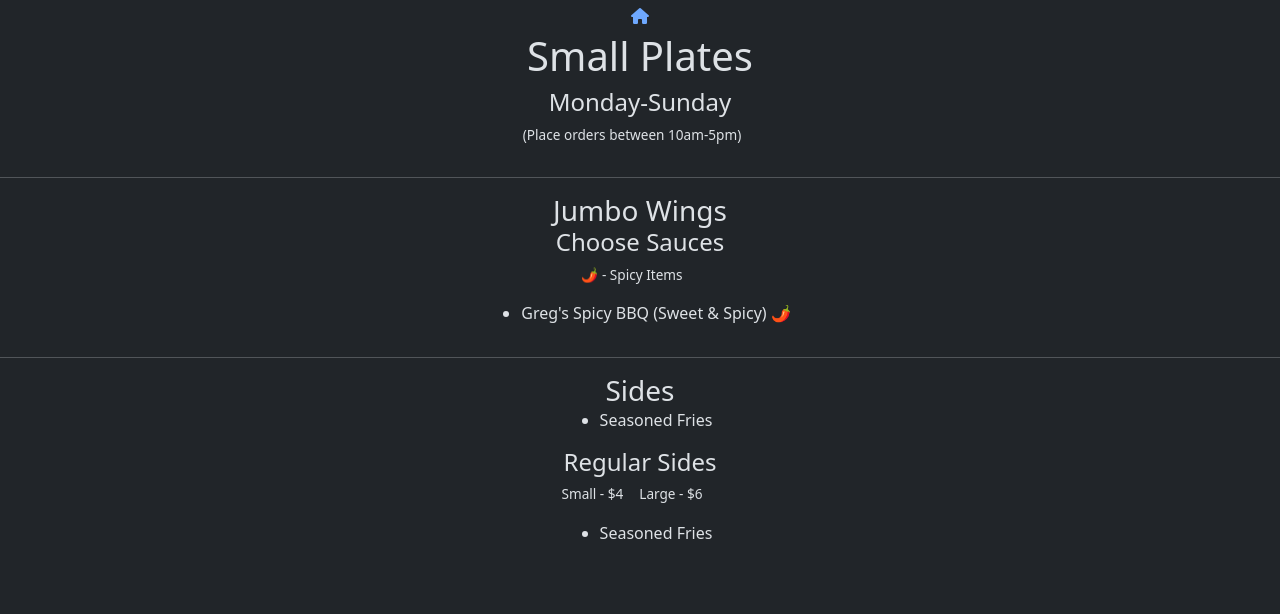
Repository: dukedward/smokehousemenu
Page: plates/index.html
An editor plug-in stored every save of this project. The page is shown before and after the next save, followed by the edit.
The browser window is 1280 px wide. The pictures show the whole page.
Some web libraries are served in a nearby version.

Above is the page before, as saved 2023-03-06 13:16:21.

### plates/index.html
<!DOCTYPE html>
<html lang="en" data-bs-theme="dark">
<head>
    <meta charset="UTF-8">
    <meta http-equiv="X-UA-Compatible" content="IE=edge">
    <meta name="viewport" content="width=device-width, initial-scale=1.0">
    <link rel="stylesheet" href="https://cdnjs.cloudflare.com/ajax/libs/font-awesome/6.3.0/css/all.min.css" integrity="sha512-SzlrxWUlpfuzQ+pcUCosxcglQRNAq/DZjVsC0lE40xsADsfeQoEypE+enwcOiGjk/bSuGGKHEyjSoQ1zVisanQ==" crossorigin="anonymous" referrerpolicy="no-referrer" />
    <link href="https://cdn.jsdelivr.net/npm/bootstrap@5.3.0-alpha1/dist/css/bootstrap.min.css" rel="stylesheet" integrity="sha384-GLhlTQ8iRABdZLl6O3oVMWSktQOp6b7In1Zl3/Jr59b6EGGoI1aFkw7cmDA6j6gD" crossorigin="anonymous">
    <link rel="stylesheet" href="../style.css" />
    <link rel="shortcut icon" href="../images/favicon.ico" type="image/x-icon">
    <title>Small Plates</title>
</head>
<body>
    <div class="title">
        <a href="/">
            <i class="fa-solid fa-house mt-2 mb-2"></i>
        </a>
        <h1>Small Plates</h1>
        <h4>Monday-Sunday</h4>
        <p>(Place orders between 10am-5pm)</p>
    </div>
    <!-- <hr>
    <div class="sections">
        <div class="sect">
            <h3>Jumbo Wings</h3>
            <div class="desc">
                <p>Includes a choice of ranch or blue cheese</p>
            </div>
            <div class="sub-sect">
                <h4>Choose Amount:</h4>
                <ul>
                    <li>5pc - $7.50</li>
                    <li>10pc - $13</li>
                    <li>20pc - $22</li>
                    <li>30pc - $31</li>
                </ul>
            </div>
            <div class="sub-sect">
                <h4>Choose Style:</h4>
                <ul>
                    <li>Traditional Fried</li>
                    <li>Smoke Fried</li>
                    <li>Signature Wild Wings</li>
                </ul>
            </div>
            <div class="sub-sect">
                <h4>Choose Sauces:</h4>
                <div class="desc">
                    <p>🌶️ - Spicy items</p>
                </div>
                <ul>
                    <li>Greg's Sweet BBQ</li>
                    <li>Sweet Teriyaki</li>
                    <li>Garlic Parmesan</li>
                    <li>Honey Mustard</li>
                    <li>Lemon Pepper</li>
                    <li>Carolina Gold 🌶️</li>
                    <li>Buffalo Sauce 🌶️</li>
                    <li>Hot Garlic 🌶️</li>
                    <li>Hot Honey Garlic 🌶️</li>
                    <li>Greg's Spicy BBQ (Sweet & Spicy) 🌶️</li>
                    <li>Honey Sriracha 🌶️</li>
                    <li>Spicy Honey Mustard 🌶️</li>
                    <li>Sweet Thai Chili 🌶️</li>
                </ul>
            </div>
        </div>
        <hr>
        <div class="sect">
            <h3>Smoked Pork Ribs</h3>
            <ul>
                <li>(2) Bone - $7</li>
                <li>Half Rack - $17.50</li>
                <li>Full Rack - $33</li>
            </ul>
            <h3>Smoked Beef Ribs</h3>
            <ul>
                <li>(1) Bone - $15</li>
                <li>(2) Bones - $25</li>
            </ul>
        </div>
        <hr>
        <div class="sect">
            <h3>Regular Sides</h3>
            <div class="desc">
                <p>Small - $4</p>
                <p>Large - $6</p>
            </div>
            <ul>
                <li>Seasoned Fries</li>
                <li>Tater Tots</li>
            </ul>
            <h3>Specialty Sides</h3>
            <div class="desc">
                <p>Cup - $7</p>
                <p>Pint - $12</p>
                <p>Quart - $21</p>
            </div>
            <ul>
                <li>White chedder Mac-n-Cheese</li>
                <li>Mommas Baked Beans (made w/ beef)</li>
                <li>Southern Green Beans (made w/ Turkey)</li>
            </ul>
            <h3>Garlic Toast</h3>
            <ul>
                <li>Small Basket (3) - $4</li>
                <li>Large Basket (6) - $6</li>
            </ul>
        </div>
        <hr>
        <div class="sect">
            <h3>Plates</h3>
            <div class="desc">
                <p>Includes 1 side & garlic toast</p>
                <p>$3 extra for specialty sides</p>
            </div>
            <ul>
                <li>Fried Shrimp Plate - $16</li>
                <li>Fried Catfish Plate - $16</li>
                <li>Small Wing Plate (5) - $10</li>
                <li>Large Wing Plate (10) - $16</li>
                <li>Chicken Finger Plate (4) - $12</li>
                <li>BBQ Chicken Plate (Leg & Thigh) - $11</li>
                <li>Fried Chicken Plate (Leg & Thigh) - $12</li>
                <li>Pulled Pork (1/2 lb) - $13</li>
                <li>Pork Rib Plate (4) - $15</li>
                <li>Beef Short Rib Plate (1/2 lb) - $20</li>
                <li>Smoked Sausage (1 lb Sliced) - $12</li>
            </ul>
        </div>
        <hr>
        <div class="sect">
            <h3>Sandwiches</h3>
            <div class="desc">
                <p>Includes one side</p>
            </div>
            <ul>
                <li>Chicken Sandwich - $13</li>
                <li>Short Rib Sandwich - $18</li>
                <li>Sausage & Peppers Pork - $15</li>
                <li>Cheese Burger - $11</li>
            </ul>
            <h3>Sliders</h3>
            <div class="desc">
                <p>Includes one side and sauce of choice</p>
            </div>
            <ul>
                <li>Chicken Sliders - $12</li>
                <li>Pulled Pork Sliders - $14</li>
                <li>Beef Short Rib Sliders - $16</li>
                <li>Mix-n-Match Sliders - $15</li>
            </ul>
        </div>
        <hr>
        <div class="sect">
            <h3>Add Ons</h3>
            <ul>
                <li>Side Shrimp (1/4 lb) - $7</li>
                <li>Catfish (1) - $7</li>
                <li>Chicken Finger (1) - $3</li>
                <li>Pork Sausage (1) - $7</li>
            </ul>
        </div>
    </div> -->
    <div class="bottom"></div>
    <script src="https://cdn.jsdelivr.net/npm/bootstrap@5.3.0-alpha1/dist/js/bootstrap.bundle.min.js" integrity="sha384-w76AqPfDkMBDXo30jS1Sgez6pr3x5MlQ1ZAGC+nuZB+EYdgRZgiwxhTBTkF7CXvN" crossorigin="anonymous"></script>
    <script src="../script.js"></script>
</body>
</html>

### style.css
.container {
    height: 100vh;
}

.title {
	display: flex;
	flex-direction: column;
	justify-content: center;
	align-items: center;
}

.sections {
	display: grid;
}

.sect, .sub-sect {
	display: flex;
	flex-direction: column;
	justify-content: left;
	align-items: center;
}

.sect h2,h3 {
    margin-bottom: 0;
}

.desc {
    display: flex;
    flex-direction: row;
    justify-content: space-between;
}

.desc p,.title p {
    padding-right: 1rem;
    font-size: .85rem;
}

### script.js
// Collecting DOM Elements
const bottom = document.querySelector('.bottom');
const sections = document.querySelector('.sections');

// API Data
const categories = [
    {
        name: 'Jumbo Wings',
        hasSubSection: true,
        description: [
            {
                text: 'Includes a choice of ranch or blue cheese',
            },
        ],
    },{
        name: 'Sides',
        hasSubSection: true,
        description: [],
    },
];
const products = [
    {
        name: 'Greg\'s Spicy BBQ (Sweet & Spicy) 🌶️',
        image: '',
        price: 0,
        category: {
            _id: '640533ab345c72c36a197c35',
            name: 'Jumbo Wings'
        },
    }, {
        name: 'Seasoned Fries',
        image: '',
        price: 0,
        category: {
            _id: '87689736897163987',
            name: 'Sides'
        }
    }
];
const subCategories = [
    {
        name: 'Choose Sauces',
        description: [
            {
                text: '🌶️ - Spicy Items',
            },
        ],
        category: {
            _id: '640533ab345c72c36a197c35',
            name: 'Jumbo Wings'
        },
    }, {
        name: 'Regular Sides',
        description: [
            {
                text: 'Small - $4'
            },
            {
                text: 'Large - $6'
            }
        ],
        category: {
            _id: '87689736897163987',
            name: 'Sides'
        }
    }
];

document.body.onload = addSection;

function addSection() {
    let catName, subCatName, prodName = ''
    for(i=0; i < categories.length; i++) {
            catName = categories[i].name;
            // create a new div element
            const lineBreak = document.createElement("hr");
            const newDiv = document.createElement("div");
            newDiv.className = "sect";

            // and give it some content
            // Section Title
            const newSectTitle = document.createElement("h3");
            newSectTitle.innerHTML = catName;

            // Section Description
            let newDesc = ''
            if (categories[i].description.length > 0) {
                console.log(categories[i].description.length);
                const newDesc = document.createElement("div");
                newDesc.className = "desc";
                for(e=0; e < categories[i].description.length; e++ ) {
                    const newDescText = document.createElement("p");
                    newDescText.innerHTML = categories[i].description[i].text;
                    // console.log(categories[i].description[i].text);
                    newDesc.appendChild(newDescText);
                }
            }

            if(categories[i].hasSubSection === true) {
                for (s=0; s < subCategories.length; s++) {
                    subCatName = subCategories[s].category.name
                    if (catName === subCatName) {
                        // Sub Section
                        const newSubSect = document.createElement("div");
                        newSubSect.className = "sub-sect";

                        // Sub Section Title
                        const newSubSectTitle = document.createElement("h4");
                        newSubSectTitle.innerHTML = subCategories[s].name;

                        // Sub Section Description
                        const newSubSectDesc = document.createElement('div');
                        newSubSectDesc.className = "desc";
                        for (d=0; d < subCategories[s].description.length; d++) {
                            const newSubSectDescText = document.createElement("p");
                            newSubSectDescText.innerHTML = subCategories[s].description[d].text;
                            newSubSectDesc.appendChild(newSubSectDescText);

                            // Sub Section List
                            const newSubSectList = document.createElement('ul');
                            for (p=0; p < products.length; p++) {
                                prodName = products[p].category.name
                                if (catName === prodName) {
                                    const newSubSectListItem = document.createElement('li');
                                    newSubSectListItem.innerHTML = products[p].name
                                    newSubSectList.appendChild(newSubSectListItem)
                                }

                            }
                            // Appending all elements to Sub Section
                            newSubSect.appendChild(newSubSectTitle)
                            newSubSect.appendChild(newSubSectDesc)
                            newSubSect.appendChild(newSubSectList)

                            // Appending all elements to Parent Div
                            newDiv.appendChild(newSectTitle);
                            if (newDesc) {newDiv.appendChild(newDesc);}
                            newDiv.appendChild(newSubSect)
                        }
                    }
                }
            } else {
                //  Section List
                const newSectList = document.createElement('ul');
                for (p=0; p < products.length; p++) {
                    const newSectListItem = document.createElement('li');
                    newSectListItem.innerHTML = products[p].name
                    newSectList.appendChild(newSectListItem)
                }

                // Appending all elements to Parent Div
                newDiv.appendChild(newSectTitle);
                newDiv.appendChild(newDesc);
                newDiv.appendChild(newSectList)
            }

            // add the newly created element and its content into the DOM
            document.body.insertBefore(lineBreak, bottom)
            document.body.insertBefore(newDiv, bottom)
            }
}

After the next save:
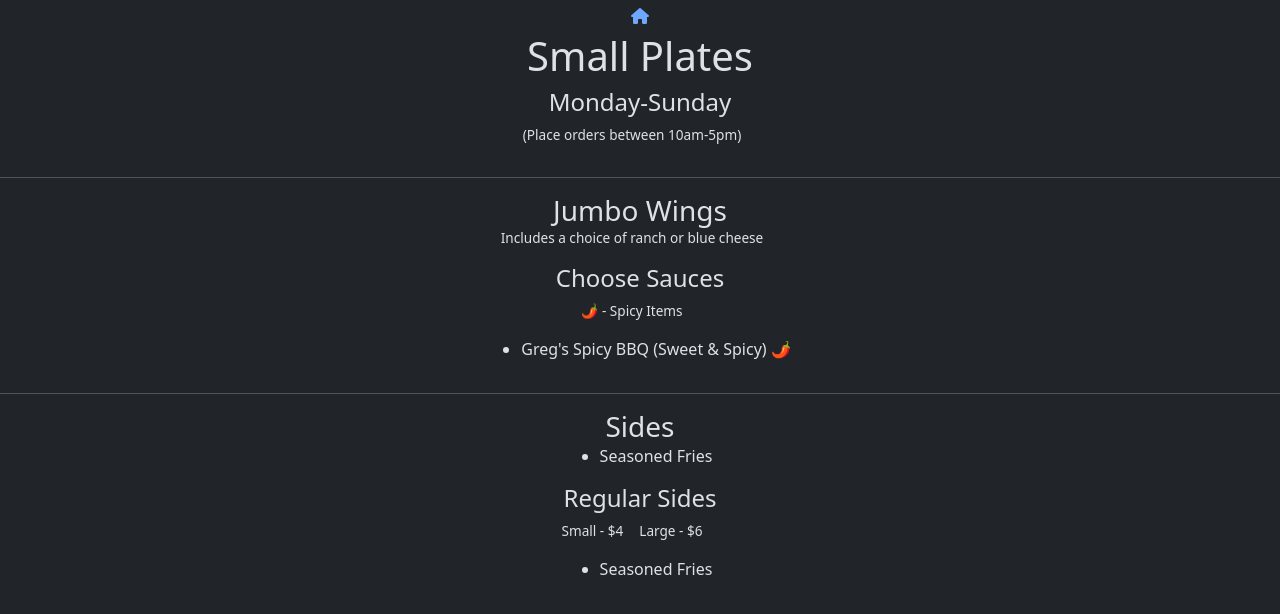
Saved 73 s later.
--- a/script.js
+++ b/script.js
@@ -83,17 +83,14 @@ function addSection() {
             newSectTitle.innerHTML = catName;
 
             // Section Description
-            let newDesc = ''
-            if (categories[i].description.length > 0) {
-                console.log(categories[i].description.length);
-                const newDesc = document.createElement("div");
-                newDesc.className = "desc";
-                for(e=0; e < categories[i].description.length; e++ ) {
-                    const newDescText = document.createElement("p");
-                    newDescText.innerHTML = categories[i].description[i].text;
-                    // console.log(categories[i].description[i].text);
-                    newDesc.appendChild(newDescText);
-                }
+            console.log(categories[i].description.length);
+            const newDesc = document.createElement("div");
+            newDesc.className = "desc";
+            for(e=0; e < categories[i].description.length; e++ ) {
+                const newDescText = document.createElement("p");
+                newDescText.innerHTML = categories[i].description[i].text;
+                // console.log(categories[i].description[i].text);
+                newDesc.appendChild(newDescText);
             }
 
             if(categories[i].hasSubSection === true) {
